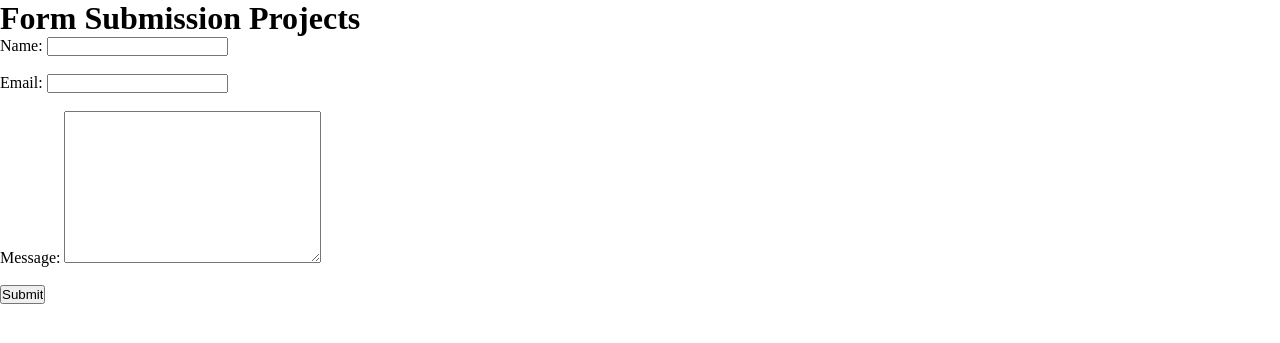
Repository: labib108/ostad-php
Page: projects/formSubmission/index.html
An editor plug-in stored every save of this project. The page is shown before and after the next save, followed by the edit.
The browser window is 1280 px wide. The pictures show the whole page.

Above is the page before, as saved 2023-03-21 13:34:46.

### projects/formSubmission/index.html
<!DOCTYPE html>
<html lang="en">
<head>
    <meta charset="UTF-8">
    <meta http-equiv="X-UA-Compatible" content="IE=edge">
    <meta name="viewport" content="width=device-width, initial-scale=1.0">
    <link rel="stylesheet" href="style.css">
    <title>Form Submission</title>
</head>
<body>
    <h1>Form Submission Projects</h1>
    <form action="submit.php" method="post">
        <label for="name">Name:</label>
        <input type="text" name="name" id="name"><br><br>
        <label for="email">Email:</label>
        <input type="email" name="email" id="email"><br><br>
        <label for="message">Message:</label>
        <textarea name="message" id="message" cols="30" rows="10"></textarea><br><br>
        <input type="submit" value="Submit">
    </form>
</body>
</html>

### projects/formSubmission/style.css
*{
    margin: 0px;
    padding: 0px;
    box-sizing: border-box;
}
body{

    margin: ;
}

After the next save:
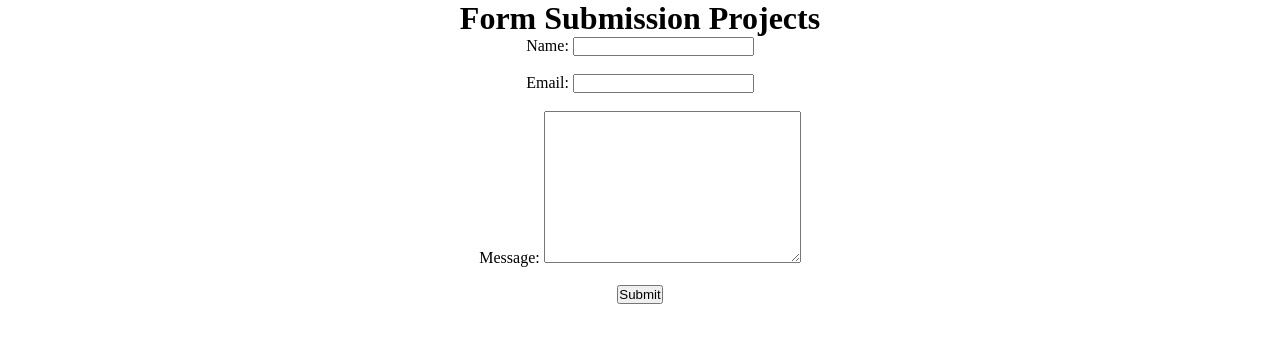
Saved 7 s later.
--- a/projects/formSubmission/style.css
+++ b/projects/formSubmission/style.css
@@ -4,6 +4,6 @@
     box-sizing: border-box;
 }
 body{
-
-    margin: ;
+    text-align: center;
+    margin: 0 auto;
 }
